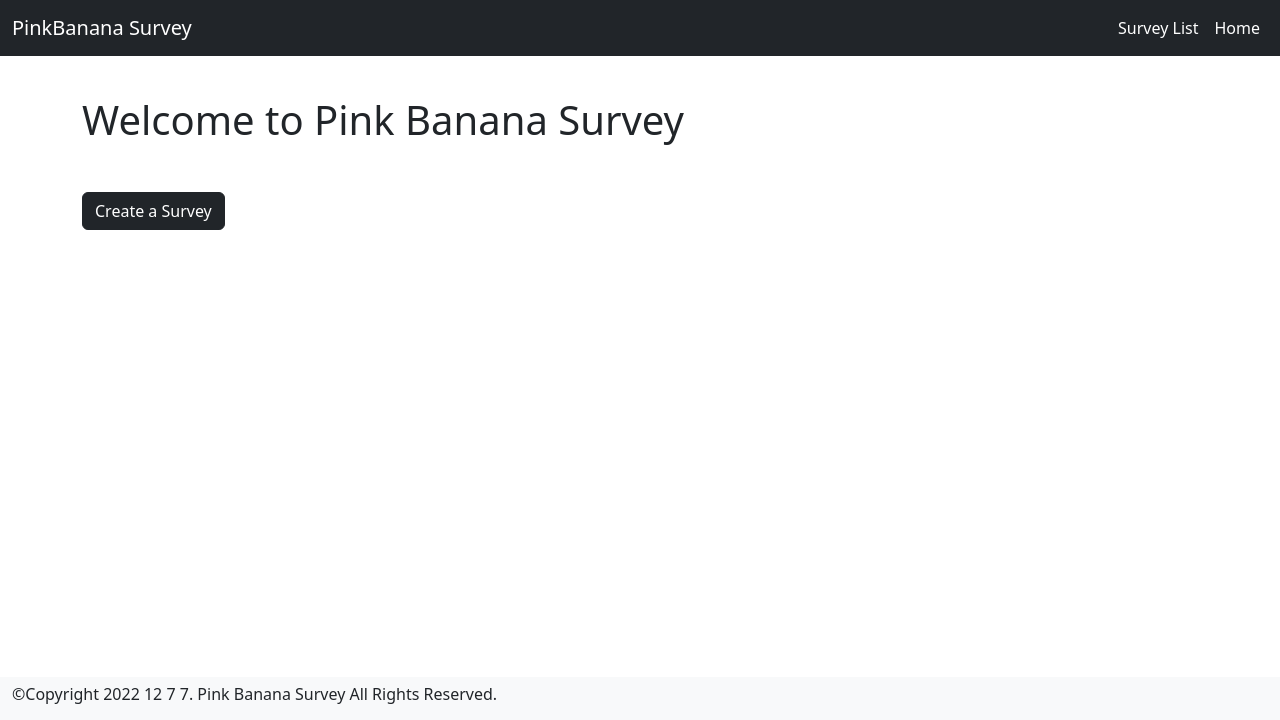
Repository: miaaow42/BananaProject
Page: / (app in front-end/)
These files come from the project's save history. The page is drawn as it stood at one moment and after the next save; the edit follows.
The browser window is 1280 px wide. The pictures show the whole page.
The project was rebuilt for these pictures with package versions that can differ from the ones it lists, and the page was loaded fresh each time. Also part of the build but not shown: front-end/src/App.css.

Above is the page before, as saved 2022-12-08 05:05:45.

After the next save:
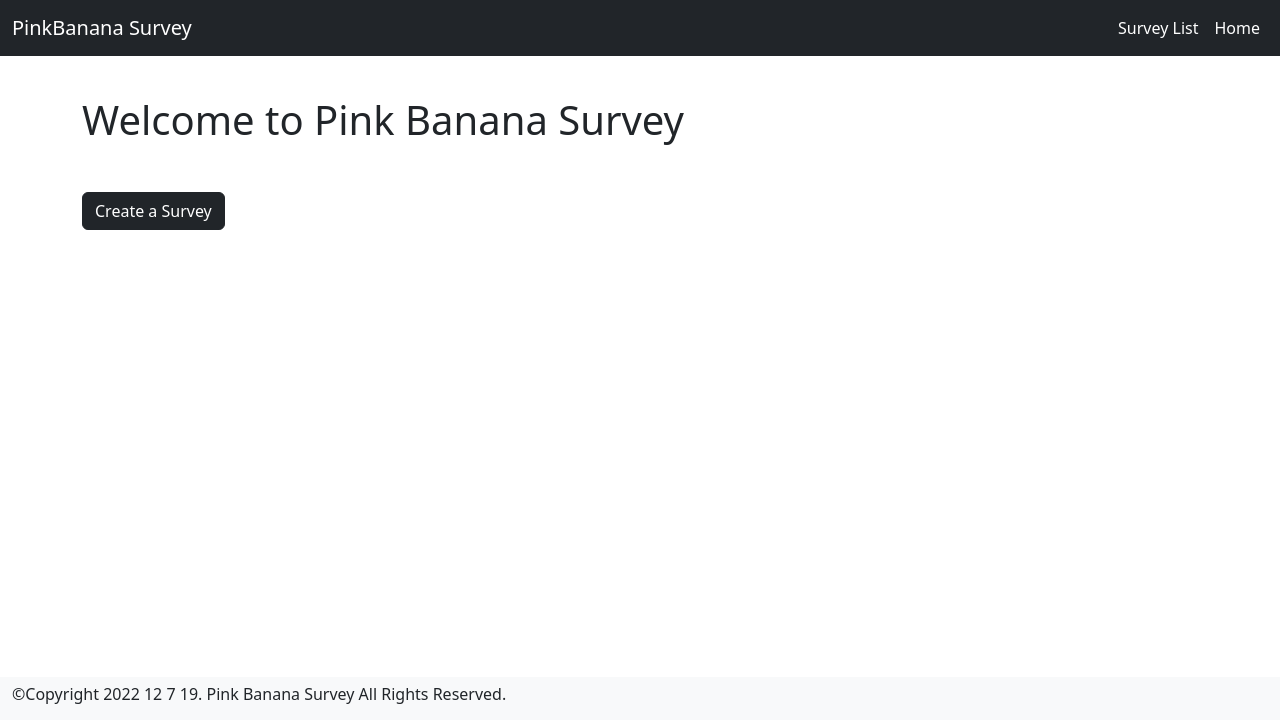
Saved 18 s later.
--- a/front-end/src/components/footer.tsx
+++ b/front-end/src/components/footer.tsx
@@ -17,7 +17,7 @@ function Footer()
     function getDate3(): number
     {
         let date = new Date();
-        return date.getUTCDate();
+        return date.getHours();
     }
 
     return(
